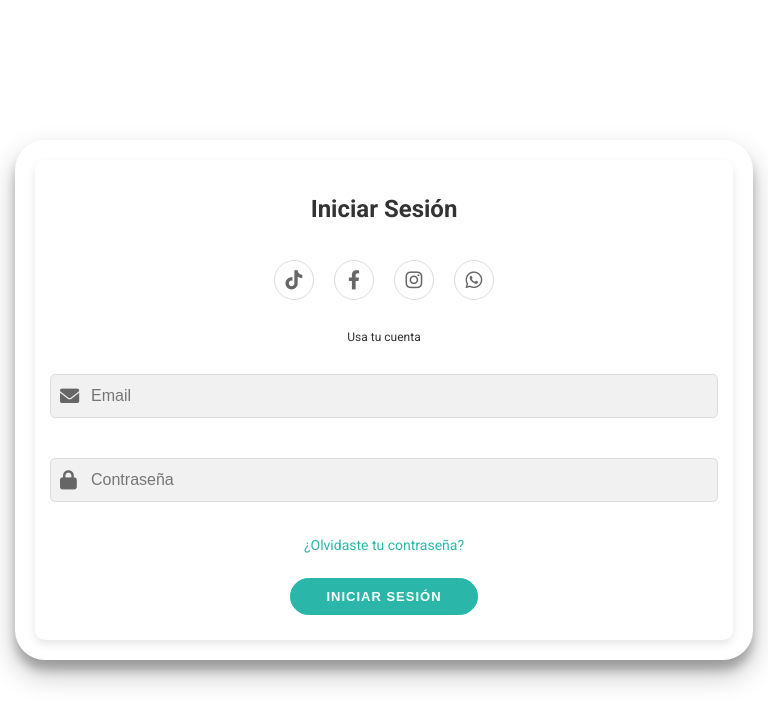
Repository: EddyWebz/updat
Page: BASE-2/index.html
The author's editor kept a copy of each file at every save. The page is drawn from the files as they stood at one save, then again after the next save.
The browser window is 768 px wide. The pictures show the whole page.

Above is the page before, as saved 2024-09-23 13:52:23.

### BASE-2/index.html
<!DOCTYPE html>
<html lang="en">
<head>
    <meta charset="UTF-8">
    <meta name="viewport" content="width=device-width, initial-scale=1.0">
    <title>Inicio de Sesión</title>
    <link rel="apple-touch-icon" sizes="180x180" href="/ico.login/apple-touch-icon.png">
<link rel="icon" type="image/png" sizes="32x32" href="/ico.login/favicon-32x32.png">
<link rel="icon" type="image/png" sizes="16x16" href="/ico.login/favicon-16x16.png">
<link rel="manifest" href="/ico.login/site.webmanifest">
    <!-- Enlace a la hoja de estilos CSS -->
    <link rel="stylesheet" href="login.css">
    <!-- Enlace a la biblioteca de iconos Font Awesome -->
    <link rel="stylesheet" href="https://cdnjs.cloudflare.com/ajax/libs/font-awesome/6.0.0-beta3/css/all.min.css">
</head>
<body>
    <!-- Contenedor principal que envuelve los formularios de inicio de sesión  -->
   <!-- Contenedor principal que envuelve los formularios de inicio de sesión -->
<div class="container" id="container">
    <!-- Contenedor del formulario de inicio de sesión -->
    <div class="form-container sign-in-container">
        <form id="login-form" aria-labelledby="login-title">
            <h1 id="login-title">Iniciar Sesión</h1>
            <!-- Contenedor de iconos sociales -->
            <div class="social-container">
                <a href="https://www.tiktok.com/@hotelveuxor" class="social" target="_blank" title="TikTok"><i class="fab fa-tiktok" aria-label="TikTok"></i></a>
                <a href="https://www.facebook.com/hotelveuxor" class="social" target="_blank" title="Facebook"><i class="fab fa-facebook-f" aria-label="Facebook"></i></a>
                <a href="https://www.instagram.com/hotelveuxorec/" class="social" target="_blank" title="Instagram"><i class="fab fa-instagram" aria-label="Instagram"></i></a>
                <a href="https://api.whatsapp.com/send?phone=+593980197790" class="social" target="_blank" title="WhatsApp"><i class="fab fa-whatsapp" aria-label="WhatsApp"></i></a>
            </div>
            <span>Usa tu cuenta</span>
            <div class="input-container">
                <i class="fas fa-envelope icon"></i>
                <input type="email" placeholder="Email" id="login-email" required aria-label="Email" />
            </div>
            <div class="input-container">
                <i class="fas fa-lock icon"></i>
                <input type="password" placeholder="Contraseña" id="login-password" required aria-label="Contraseña" />
            </div>
            <a href="#" title="Restablecer contraseña">¿Olvidaste tu contraseña?</a>
            <button type="submit" id="loginButton">Iniciar Sesión</button>
        </form>
    </div>
</div>


    <!-- Enlace al archivo frontend.js -->
    <script src="frontend.js"></script>
    <!-- enlase de libreria de alertas javascript -->
    <script src="https://cdn.jsdelivr.net/npm/sweetalert2@11"></script>
</body>
</html>

### BASE-2/login.css
/* Importación de la fuente Roboto */
@import url('https://fonts.googleapis.com/css2?family=Roboto:wght@400;700&display=swap');

/* Reseteo de box-sizing para todos los elementos */
* {
    box-sizing: border-box;
}

/* Estilos básicos para el cuerpo */
body {
    font-family: 'Roboto', sans-serif;
    background: #ffffff;
    display: flex;
    justify-content: center;
    align-items: center;
    height: 100vh;
    margin: 0;
    padding: 0 15px; /* Añadimos padding lateral para móviles */
    transition: all 0.3s ease;
}

/* Estilos para el título principal */
h1 {
    font-weight: bold;
    margin-top: 20px; /* Ajustamos el margen superior */
    color: #333333;
    font-size: 2rem; /* Tamaño de fuente adaptable */
    text-align: center; /* Centramos el título */
}

/* Estilos para los párrafos */
p {
    font-size: 14px;
    font-weight: 100;
    line-height: 20px;
    margin: 20px 0 30px;
    color: #333333;
}

/* Estilos para los span */
span {
    font-size: 12px;
    color: #333333;
    display: block;
    margin: 10px 0; /* Añadimos espaciado vertical */
}

/* Estilos para los enlaces */
a {
    color: #2ab7a9;
    font-size: 14px;
    text-decoration: none;
    margin: 15px 0;
}

a:hover {
    color: #228f80;
    transform: scale(1.02);
    transition: transform 0.2s ease, color 0.2s ease;
}

/* Estilos para los botones */
button {
    border-radius: 20px;
    border: 1px solid #2ab7a9;
    background-color: #2ab7a9;
    color: #ffffff;
    font-size: 14px; /* Ajustamos el tamaño del texto */
    font-weight: bold;
    padding: 12px 45px;
    letter-spacing: 1px;
    text-transform: uppercase;
    transition: transform 80ms ease-in, background-color 0.3s ease;
    margin: 10px;
    cursor: pointer;
}

/* Hover en el botón de Iniciar Sesión */
button#loginButton:hover {
    background-color: #228f80;
    transform: scale(1.05);
}

button:active {
    transform: scale(0.95);
}

button:focus {
    outline: none;
}

/* Estilos para los formularios */
form {
    background-color: #ffffff;
    display: flex;
    flex-direction: column;
    align-items: center;
    padding: 20px 50px;
    text-align: center;
    border-radius: 10px;
    box-shadow: 0 4px 8px rgba(0, 0, 0, 0.1);
}

/* Estilos para los contenedores de input con iconos */
.input-container {
    position: relative;
    width: 100%;
    margin: 12px 0; /* Mayor espaciado entre los inputs */
}

.input-container .icon {
    position: absolute;
    left: 10px;
    top: 50%;
    transform: translateY(-50%);
    color: #666666;
    font-size: 1.2rem;
}

/* Estilos para los inputs */
input {
    background-color: #f1f1f1;
    border: 1px solid #ddd;
    padding: 12px 15px 12px 40px;
    margin: 8px 0;
    width: 100%;
    border-radius: 5px;
    font-size: 1rem;
    transition: background-color 0.3s ease, border-color 0.3s ease;
}

input:hover {
    background-color: #eaeaea;
}

input:focus {
    outline: none;
    border-color: #2ab7a9; /* Añadimos color al borde al hacer foco */
    background-color: #fff;
}

/* Estilos para el contenedor principal */
.container {
    background-color: #ffffff;
    border-radius: 30px;
    box-shadow: 0 14px 28px rgba(0, 0, 0, 0.25),
                0 10px 10px rgba(0, 0, 0, 0.22);
    position: relative;
    overflow: hidden;
    width: 500px;
    max-width: 100%;
    min-height: 480px;
    padding: 20px;
    transition: all 0.3s ease;
}

/* Estilos para el contenedor de inicio de sesión */
.sign-in-container {
    left: 0;
    width: 100%;
    z-index: 2;
}

/* Estilos para el contenedor social */
.social-container {
    margin: 20px 0;
    display: flex;
    justify-content: center; /* Centramos los iconos sociales */
}

.social-container a {
    border: 1px solid #dddddd;
    border-radius: 50%;
    display: inline-flex;
    justify-content: center;
    align-items: center;
    margin: 0 10px;
    height: 40px;
    width: 40px;
    color: #666;
    font-size: 1.2rem;
    transition: transform 0.3s ease, color 0.3s ease;
}

.social-container a:hover {
    transform: scale(1.1);
    color: #000000;
}

/* Media Queries para dispositivos móviles */
@media (max-width: 768px) {
    .container {
        width: 100%;
        height: auto; /* Ajustamos la altura automática para móviles */
    }

    form {
        padding: 15px; /* Reducimos el padding en móviles */
    }

    h1 {
        font-size: 1.5rem; /* Reducimos el tamaño del título */
    }

    button {
        font-size: 13px; /* Ajustamos el tamaño de los botones en móviles */
        padding: 10px 35px; /* Reducimos el padding en los botones */
    }
}

### BASE-2/frontend.js
// Manejo del formulario de inicio de sesión
document.getElementById('login-form').addEventListener('submit', function(event) {
    event.preventDefault(); // Previene el envío del formulario para manejarlo manualmente con JavaScript

    const email = document.getElementById('login-email').value.trim(); // Obtiene y recorta el valor del campo de email
    const password = document.getElementById('login-password').value.trim(); // Obtiene y recorta el valor del campo de contraseña

    // Validación de campos vacíos
    if (!email || !password) { // Si el email o la contraseña están vacíos
        Swal.fire({
            icon: 'warning', // Muestra una advertencia
            title: 'Campos vacíos', // Título del mensaje
            text: 'Por favor, completa todos los campos.' // Texto del mensaje
        });
        return; // Detiene la ejecución si hay campos vacíos
    }

    // Validación del formato de email
    if (!validarEmail(email)) { // Si el email no tiene un formato válido
        Swal.fire({
            icon: 'warning', // Muestra una advertencia
            title: 'Email inválido', // Título del mensaje
            text: 'Por favor, ingresa un email válido.' // Texto del mensaje
        });
        return; // Detiene la ejecución si el email es inválido
    }

    // Envía los datos al servidor para autenticación
    fetch('/auth/login', {
        method: 'POST', // Método HTTP para enviar los datos
        headers: {
            'Content-Type': 'application/json' // Indica que se envían datos en formato JSON
        },
        body: JSON.stringify({ email, password }) // Convierte los datos del formulario a JSON
    })
    .then(response => {
        if (!response.ok) { // Verifica si la respuesta del servidor no es exitosa
            return response.text().then(text => { throw new Error(text) }); // Lanza un error con el mensaje del servidor
        }
        return response.json(); // Asegura que obtengamos el JSON correctamente
    })
    .then(data => {
        Swal.fire({
            icon: 'success',
            title: 'Inicio de sesión exitoso',
            text: 'Bienvenido de nuevo!'
        }).then(() => {
            // Redirigir al dashboard basado en el rol
            window.location.href = data.redirect;
        });
    })
    .catch(error => {
        Swal.fire({
            icon: 'error',
            title: 'Error de inicio de sesión',
            text: error.message // Texto del mensaje (error generado en la promesa)
        });
    });
});

// Validar el formato del email
function validarEmail(email) {
    const re = /^[^\s@]+@[^\s@]+\.[^\s@]+$/;
    return re.test(email);
}

After the next save:
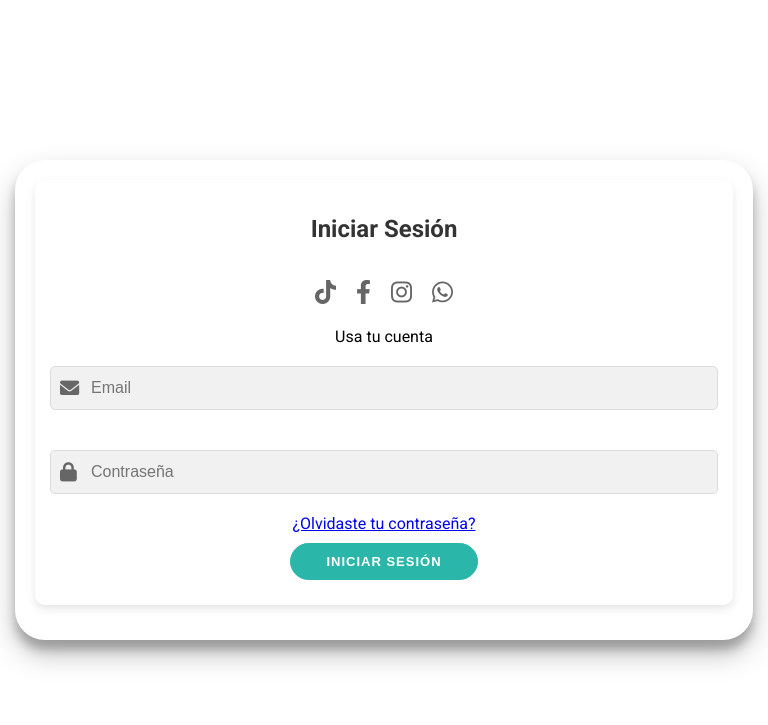
Saved 16 min 41 s later.
--- a/BASE-2/login.css
+++ b/BASE-2/login.css
@@ -28,35 +28,66 @@ h1 {
     text-align: center; /* Centramos el título */
 }
 
-/* Estilos para los párrafos */
-p {
-    font-size: 14px;
-    font-weight: 100;
-    line-height: 20px;
-    margin: 20px 0 30px;
-    color: #333333;
+/* Efecto ondulación en el contenedor */
+.container {
+    background-color: #ffffff;
+    border-radius: 30px;
+    box-shadow: 0 14px 28px rgba(0, 0, 0, 0.25),
+                0 10px 10px rgba(0, 0, 0, 0.22);
+    position: relative;
+    overflow: hidden;
+    width: 500px;
+    max-width: 100%;
+    min-height: 480px;
+    padding: 20px;
+    transition: all 0.5s ease; /* Transición suave para el efecto ondulación */
 }
 
-/* Estilos para los span */
-span {
-    font-size: 12px;
-    color: #333333;
-    display: block;
-    margin: 10px 0; /* Añadimos espaciado vertical */
+/* Efecto de ondulación al pasar el mouse */
+.container:hover {
+    transform: scale(1.02) rotate(-1deg); /* Escalado y rotación suave */
+    box-shadow: 0 20px 40px rgba(0, 0, 0, 0.3); /* Aumenta la sombra para darle más profundidad */
+    background: linear-gradient(135deg, #f9f9f9, #e6e6e6); /* Leve cambio de fondo para simular un efecto de luz */
+    transition: all 0.5s ease-in-out; /* Transición suave para el efecto */
 }
 
-/* Estilos para los enlaces */
-a {
-    color: #2ab7a9;
-    font-size: 14px;
-    text-decoration: none;
-    margin: 15px 0;
+/* Efecto adicional de ondulación */
+.container::before {
+    content: "";
+    position: absolute;
+    top: 0;
+    left: 50%;
+    width: 300%;
+    height: 300%;
+    background: radial-gradient(circle, rgba(255, 255, 255, 0.2), rgba(0, 0, 0, 0));
+    opacity: 0;
+    transform: translateX(-50%) translateY(-50%) scale(0);
+    transition: transform 0.6s ease, opacity 0.6s ease;
 }
 
-a:hover {
-    color: #228f80;
-    transform: scale(1.02);
-    transition: transform 0.2s ease, color 0.2s ease;
+.container:hover::before {
+    opacity: 1;
+    transform: translateX(-50%) translateY(-50%) scale(1);
+}
+
+/* Estilos para el contenedor social */
+.social-container {
+    margin: 20px 0;
+    display: flex;
+    justify-content: center;
+}
+
+/* Social icons styling */
+.social-container a {
+    margin: 0 10px;
+    color: #666;
+    font-size: 24px;
+    transition: color 0.3s ease, transform 0.3s ease;
+}
+
+.social-container a:hover {
+    color: #2ab7a9;
+    transform: scale(1.2);
 }
 
 /* Estilos para los botones */
@@ -65,17 +96,15 @@ button {
     border: 1px solid #2ab7a9;
     background-color: #2ab7a9;
     color: #ffffff;
-    font-size: 14px; /* Ajustamos el tamaño del texto */
+    font-size: 14px;
     font-weight: bold;
     padding: 12px 45px;
     letter-spacing: 1px;
     text-transform: uppercase;
     transition: transform 80ms ease-in, background-color 0.3s ease;
     margin: 10px;
-    cursor: pointer;
 }
 
-/* Hover en el botón de Iniciar Sesión */
 button#loginButton:hover {
     background-color: #228f80;
     transform: scale(1.05);
@@ -101,11 +130,11 @@ form {
     box-shadow: 0 4px 8px rgba(0, 0, 0, 0.1);
 }
 
-/* Estilos para los contenedores de input con iconos */
+/* Inputs con íconos */
 .input-container {
     position: relative;
     width: 100%;
-    margin: 12px 0; /* Mayor espaciado entre los inputs */
+    margin: 12px 0;
 }
 
 .input-container .icon {
@@ -117,7 +146,6 @@ form {
     font-size: 1.2rem;
 }
 
-/* Estilos para los inputs */
 input {
     background-color: #f1f1f1;
     border: 1px solid #ddd;
@@ -135,75 +163,27 @@ input:hover {
 
 input:focus {
     outline: none;
-    border-color: #2ab7a9; /* Añadimos color al borde al hacer foco */
+    border-color: #2ab7a9;
     background-color: #fff;
 }
 
-/* Estilos para el contenedor principal */
-.container {
-    background-color: #ffffff;
-    border-radius: 30px;
-    box-shadow: 0 14px 28px rgba(0, 0, 0, 0.25),
-                0 10px 10px rgba(0, 0, 0, 0.22);
-    position: relative;
-    overflow: hidden;
-    width: 500px;
-    max-width: 100%;
-    min-height: 480px;
-    padding: 20px;
-    transition: all 0.3s ease;
-}
-
-/* Estilos para el contenedor de inicio de sesión */
-.sign-in-container {
-    left: 0;
-    width: 100%;
-    z-index: 2;
-}
-
-/* Estilos para el contenedor social */
-.social-container {
-    margin: 20px 0;
-    display: flex;
-    justify-content: center; /* Centramos los iconos sociales */
-}
-
-.social-container a {
-    border: 1px solid #dddddd;
-    border-radius: 50%;
-    display: inline-flex;
-    justify-content: center;
-    align-items: center;
-    margin: 0 10px;
-    height: 40px;
-    width: 40px;
-    color: #666;
-    font-size: 1.2rem;
-    transition: transform 0.3s ease, color 0.3s ease;
-}
-
-.social-container a:hover {
-    transform: scale(1.1);
-    color: #000000;
-}
-
-/* Media Queries para dispositivos móviles */
+/* Media Queries */
 @media (max-width: 768px) {
     .container {
         width: 100%;
-        height: auto; /* Ajustamos la altura automática para móviles */
+        height: auto;
     }
 
     form {
-        padding: 15px; /* Reducimos el padding en móviles */
+        padding: 15px;
     }
 
     h1 {
-        font-size: 1.5rem; /* Reducimos el tamaño del título */
+        font-size: 1.5rem;
     }
 
     button {
-        font-size: 13px; /* Ajustamos el tamaño de los botones en móviles */
-        padding: 10px 35px; /* Reducimos el padding en los botones */
+        font-size: 13px;
+        padding: 10px 35px;
     }
 }
